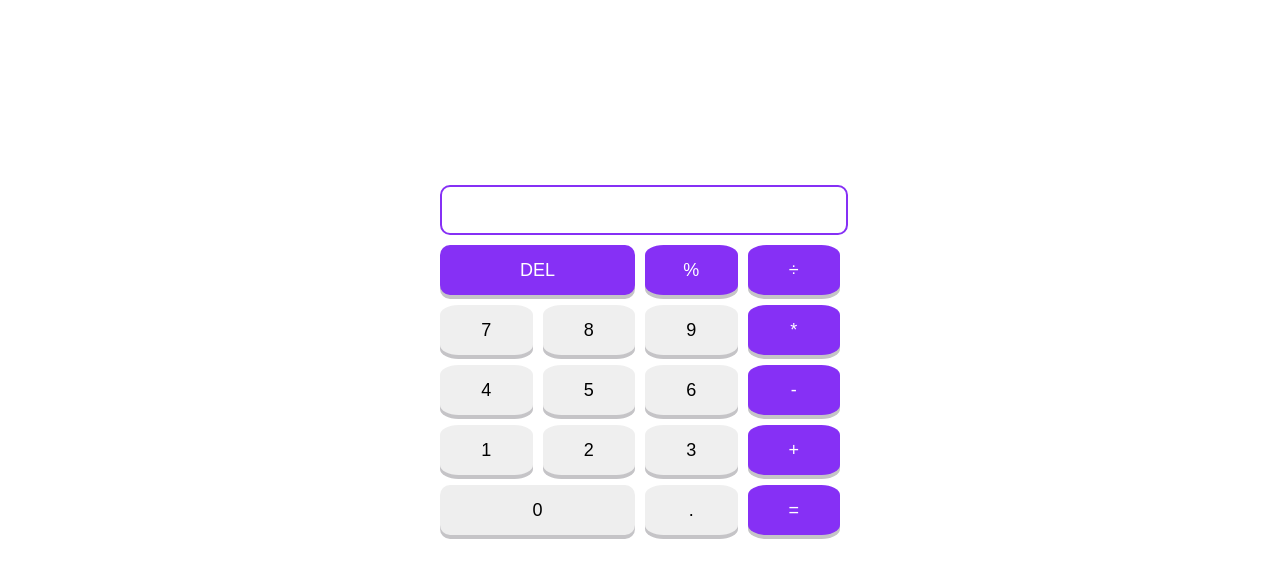
Repository: zlazlazla35/calculator
Page: /
An editor plug-in stored every save of this project. The page is shown before and after the next save, followed by the edit.
The browser window is 1280 px wide. The pictures show the whole page.
The project was rebuilt for these pictures with package versions that can differ from the ones it lists, and the page was loaded fresh each time.

Above is the page before, as saved 2024-10-15 16:22:14.

### public/index.html
<!DOCTYPE html>
<html lang="en">
  <head>
    <meta charset="utf-8" />
    <link rel="icon" href="%PUBLIC_URL%/favicon.png" />
    <meta name="viewport" content="width=device-width, initial-scale=1" />
    <meta name="theme-color" content="#000000" />
    <meta
      name="description"
      content="Web site created using create-react-app"
    />
    <link rel="apple-touch-icon" href="%PUBLIC_URL%/logo192.png" />
    <!--
      manifest.json provides metadata used when your web app is installed on a
      user's mobile device or desktop. See https://developers.google.com/web/fundamentals/web-app-manifest/
    -->
    <link rel="manifest" href="%PUBLIC_URL%/manifest.json" />
    <!--
      Notice the use of %PUBLIC_URL% in the tags above.
      It will be replaced with the URL of the `public` folder during the build.
      Only files inside the `public` folder can be referenced from the HTML.

      Unlike "/favicon.ico" or "favicon.ico", "%PUBLIC_URL%/favicon.ico" will
      work correctly both with client-side routing and a non-root public URL.
      Learn how to configure a non-root public URL by running `npm run build`.
    -->
    <title>계산기</title>
  </head>
  <body>
    <noscript>You need to enable JavaScript to run this app.</noscript>
    <div id="root"></div>
    <!--
      This HTML file is a template.
      If you open it directly in the browser, you will see an empty page.

      You can add webfonts, meta tags, or analytics to this file.
      The build step will place the bundled scripts into the <body> tag.

      To begin the development, run `npm start` or `yarn start`.
      To create a production bundle, use `npm run build` or `yarn build`.
    -->
  </body>
</html>

### src/App.js
import styled from "styled-components";
import './App.css';
import {  useEffect, useRef, useState } from 'react';

let Calculating = styled.div`
  width : 100%;
  margin : 0 auto;
`

let Btnbox = styled.div`
  width : 100%
  background-color: #fff;
  font-size : 18px;
  border-radius: 35%;
  display: grid;
  grid-template-columns: repeat(4, 1fr);
  gap : 10px 10px;
`

let Btn = styled.button`
  width : 100%;
  background-color: ${ props => props.bg };
  color : ${props =>  props.bg == '#8630f5' ? '#fff' :  '#000'  };
  font-size : 18px;
  border-radius: 20%;
  height : 50px;
  border: none;
  box-shadow:0px 4px 0px #c5c4c7;
  transition-duration: 0.3s;
`

let ZeroBtn = styled.button`
  width : 100%;
  background-color: #eee;
  font-size : 18px;
  border-radius: 10px;
  height : 50px;
  border: none;
  box-shadow:0px 4px 0px #c5c4c7;
  transition-duration: 0.3s;
  grid-column: 1/3;
`




function App() {

  const [num, setNum] = useState("");
  const [afterNum, setAfterNum] = useState("");

  const [oper, setOper] = useState("");
  const [oper2, setOper2] = useState(false);
  const output = useRef();
  const active = `active`



  const getNum = (e)=>{
    if(oper2 == false){
      setNum( (prev) => prev + e.target.value );
    }

    if(oper2 == true){
      setAfterNum( (prev) => prev + e.target.value  )
    }

  }

  const getOper = (e)=>{
    setOper( () => e.target.value );
    setOper2(true);

      calResult();
      click(e.target )
  }


  const calResult = ()=>{
    switch(oper){
      case '+':
        let result = num
        result =  Number(num) + Number(afterNum)
        setNum(result);
        setAfterNum("")
        break;

      case '-':
        let result2 = num
        result2 =  Number(num) - Number(afterNum)
        setNum(result2)
        setAfterNum("")
        break;

      case '*':
        let result3 = num
        result3 =  Number(num) * Number(afterNum)
        setNum(result3)
        setAfterNum("")
        break;

      case '÷':
        let result4 = num
        result4 =  Number(num) / Number(afterNum)
        setNum(result4)
        setAfterNum("")
        break;

    }

  }


  useEffect(()=>{
    if(oper == "="){
      setOper("")
    }if(oper == "del"){
      setNum("");
      setAfterNum("");
      setOper("");
      setOper2(false);
      output.current.style.color = '#fff'
    }else{
            output.current.style.color = '#232323'
    }
  }, [oper])



  // useEffect(()=>{
  //   console.log(output.current)
  // }, [output])

  function click(a){
    a.classList.add(active);
    // console.log(a.classList.add(active))
  }


  return (
    <div className="App">
      <div className="contents">
        <Calculating>
            <input className="output" ref={output} value={ num + oper  + afterNum  }/>
          <Btnbox>
            {/* <Btn value='ac' onClick={getOper} bg="#8630f5">AC</Btn> */}
            <Btn value='del' style={{gridColumn : '1/3', borderRadius : '10px'}} onClick={getOper} bg="#8630f5">DEL</Btn>
            <Btn value='%' onClick={getOper} bg="#8630f5">%</Btn>
            <Btn value='÷' onClick={getOper} bg="#8630f5">÷</Btn>
            <Btn value={7} onClick={getNum}>7</Btn>
            <Btn value={8} onClick={getNum}>8</Btn>
            <Btn value={9} onClick={getNum}>9</Btn>
            <Btn value='*' onClick={getOper}  bg="#8630f5">*</Btn>
            <Btn value={4} onClick={getNum}>4</Btn>
            <Btn value={5} onClick={getNum}>5</Btn>
            <Btn value={6} onClick={getNum}>6</Btn>
            <Btn value='-'  onClick={getOper}  bg="#8630f5">-</Btn>
            <Btn value={1} onClick={getNum}>1</Btn>
            <Btn value={2} onClick={getNum}>2</Btn>
            <Btn value={3} onClick={getNum}>3</Btn>
            <Btn value="+"  onClick={getOper} bg="#8630f5">+</Btn>
            <ZeroBtn value={0} onClick={getNum}>0</ZeroBtn>
            <Btn value='.' onClick={getNum}>.</Btn>
            <Btn value='='  onClick={getOper} bg="#8630f5"> =</Btn>
          </Btnbox>
        </Calculating>
      </div>
    </div>
  );
}

export default App;

// 버튼 클릭시 그 버튼한테 active 클레스명 잠깐 붙였다가 떼어주기

### src/App.css
.App {
  text-align: center;
}

.App-logo {
  height: 40vmin;
  pointer-events: none;
}

@media (prefers-reduced-motion: no-preference) {
  .App-logo {
    animation: App-logo-spin infinite 20s linear;
  }
}

.App-header {
  background-color: #282c34;
  min-height: 100vh;
  display: flex;
  flex-direction: column;
  align-items: center;
  justify-content: center;
  font-size: calc(10px + 2vmin);
  color: white;
}

.App-link {
  color: #61dafb;
}

@keyframes App-logo-spin {
  from {
    transform: rotate(0deg);
  }
  to {
    transform: rotate(360deg);
  }
}
.App {width: 100%; height: 100vh; display: flex; align-items: center; justify-content: center;}
.contents {width: 100%; max-width: 400px; }
input {width: 100%; height: 44px; margin-bottom: 10px; border: 2px solid #8630f5; border-radius: 10px;}
input:focus {outline: #8630f5; }
.active { box-shadow: 0px 0px 0px #c5c4c7!important;}

Loaded but not shown: src/index.js (common file); src/index.css (common file); src/reportWebVitals.js (common file)

After the next save:
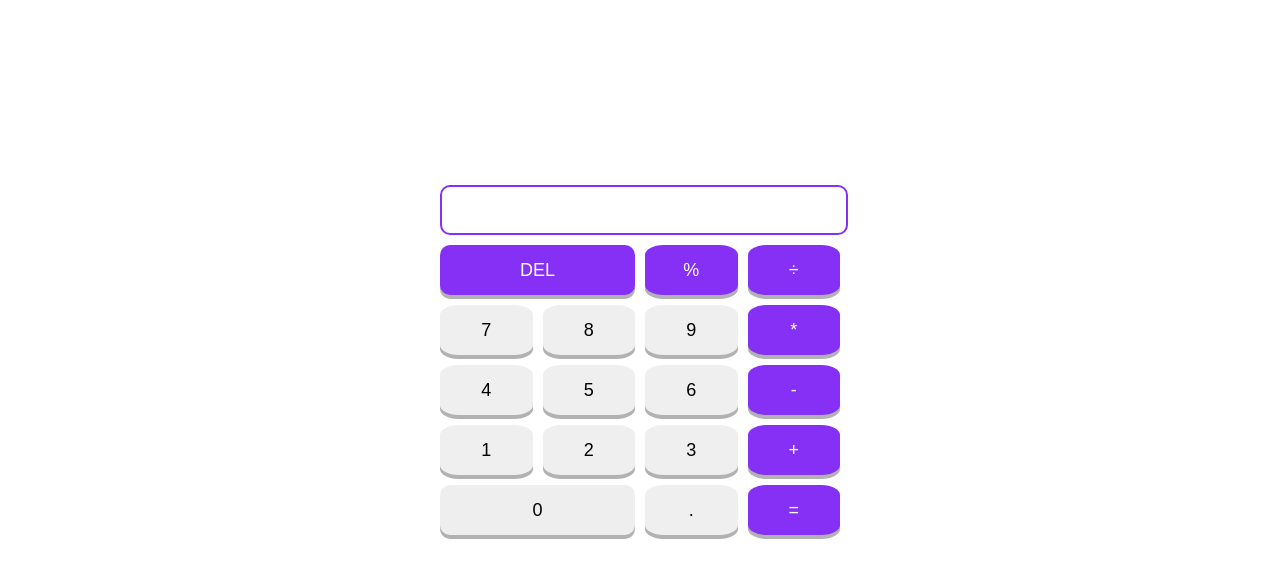
Saved 31 s later.
--- a/src/App.js
+++ b/src/App.js
@@ -25,7 +25,7 @@ let Btn = styled.button`
   border-radius: 20%;
   height : 50px;
   border: none;
-  box-shadow:0px 4px 0px #c5c4c7;
+  box-shadow:0px 4px 0px rgba(0, 0, 0, 0.3);
   transition-duration: 0.3s;
 `
 
@@ -36,7 +36,7 @@ let ZeroBtn = styled.button`
   border-radius: 10px;
   height : 50px;
   border: none;
-  box-shadow:0px 4px 0px #c5c4c7;
+  box-shadow:0px 4px 0px rgba(0, 0, 0, 0.3);
   transition-duration: 0.3s;
   grid-column: 1/3;
 `
